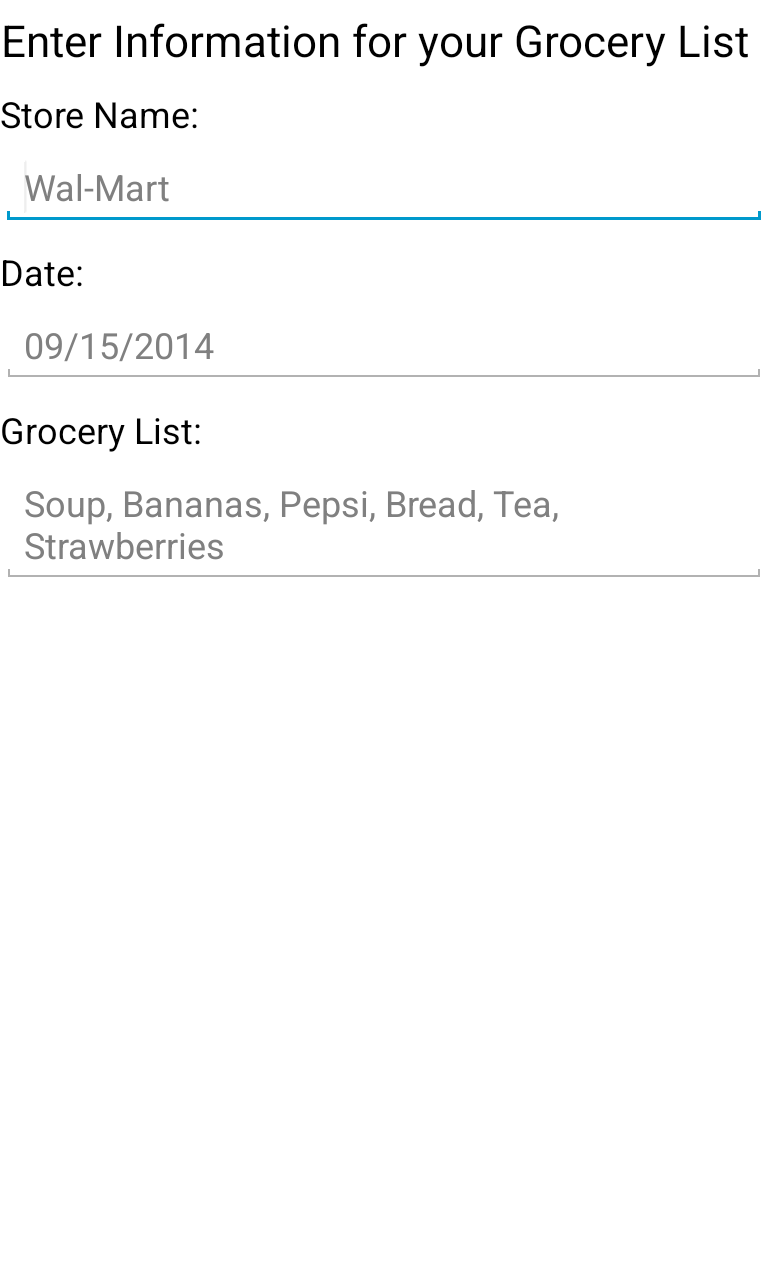
Repository: laurenelder/MDF3
Layout: Week 3/WidgetApp/res/layout/activity_form.xml
These files come from the project's save history. The layout is drawn as it stood at one moment and after the next save; the edit follows.
It is drawn on a 768 x 1280 px phone screen (xhdpi) without system bars, with theme AppTheme; the app's code is not run.

Above is the layout before, as saved 2014-09-16 02:10:20.

After the next save:
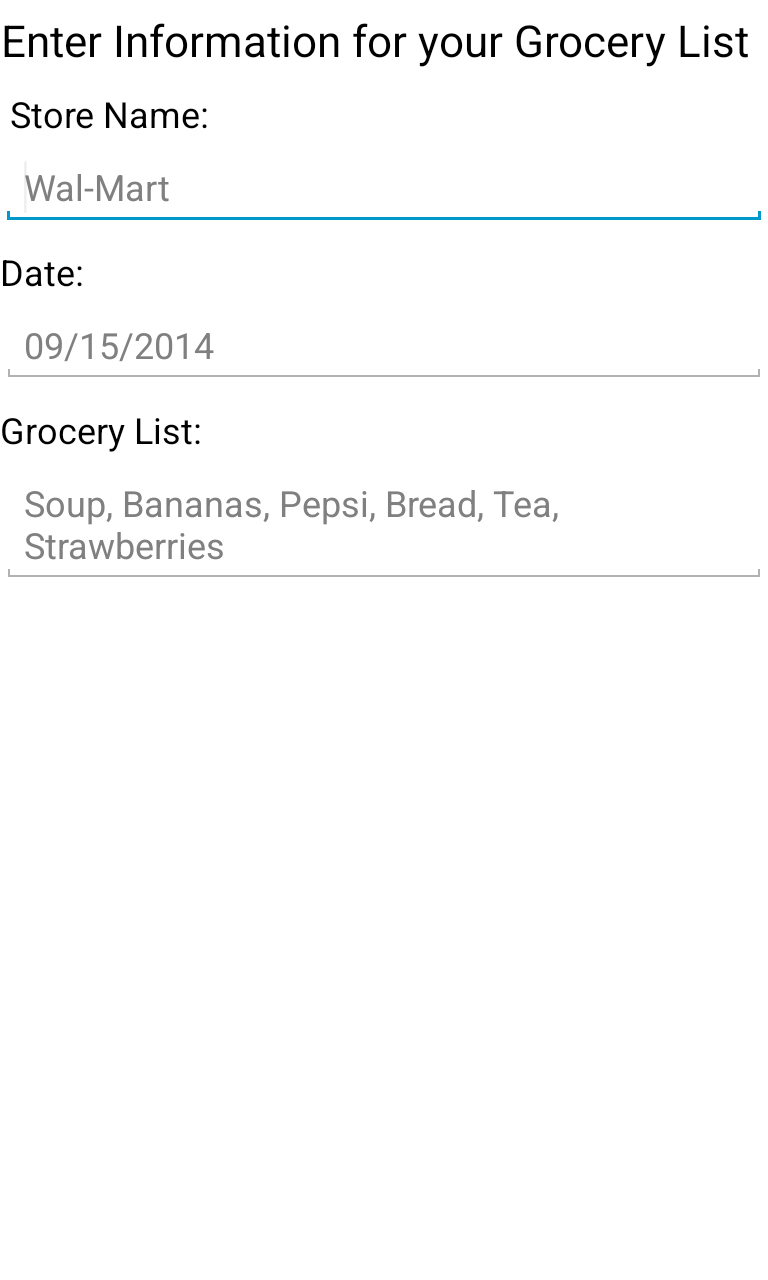
Saved 76 s later.
--- a/Week 3/WidgetApp/res/layout/activity_form.xml
+++ b/Week 3/WidgetApp/res/layout/activity_form.xml
@@ -18,6 +18,8 @@
         android:layout_width="wrap_content"
         android:layout_height="wrap_content"
         android:layout_marginTop="10dp"
+        android:layout_marginLeft="5dp"
+        android:layout_marginRight="5dp"
         android:text="@string/store_label"
         android:textAppearance="?android:attr/textAppearanceMedium" />
 
